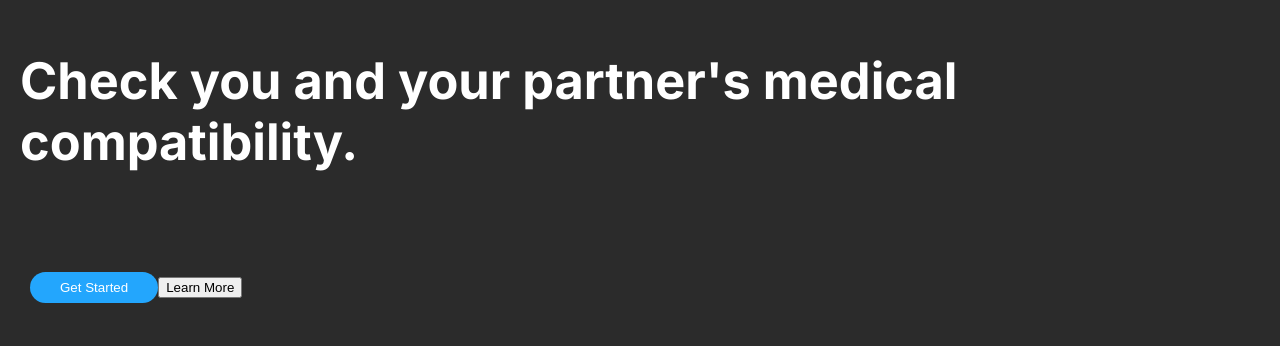
Repository: devhabeeblateef/tictactoe
Page: /
These files come from the project's save history. The page is drawn as it stood at one moment and after a run of saves; the edit follows.
The browser window is 1280 px wide. The pictures show the whole page.
The project was rebuilt for these pictures with package versions that can differ from the ones it lists, and the page was loaded fresh each time. Also part of the build but not shown: src/App.css.

Above is the page before, as saved 2022-06-17 00:38:24.

After the next 6 saves:
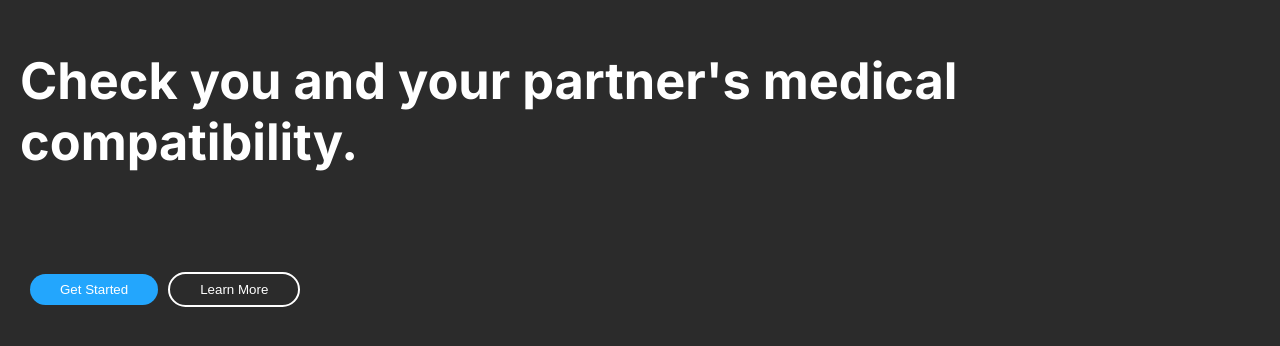
The 6 saves are shown as one change because they came seconds apart.
The last was saved 22 s later.
--- a/src/Home.js
+++ b/src/Home.js
@@ -9,7 +9,7 @@ function Home() {
     </h1>
     <div className={classes.button}>
         <button className={classes.button__one}><a href="index2.html">Get Started</a></button>
-        <button class="button__two">Learn More</button>
+        <button className={classes.button__two}>Learn More</button>
     </div>
     </div>
   )
